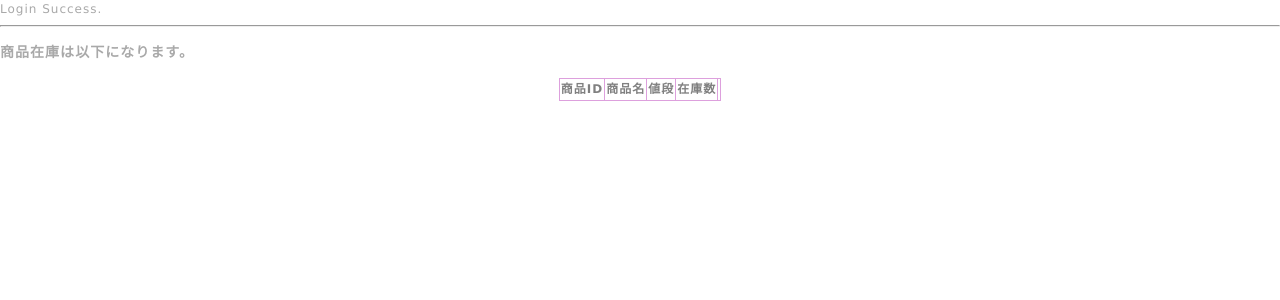
Repository: sachiyuki/java
Page: http://localhost/AdminLogin/adminpage.jsp
These files come from the project's save history. The page is drawn as it stood at one moment and after the next save; the edit follows.
The browser window is 1280 px wide. The pictures show the whole page.
The page is served by Tomcat 9.

Above is the page before, as saved 2018-03-05 10:33:23.

After the next save:
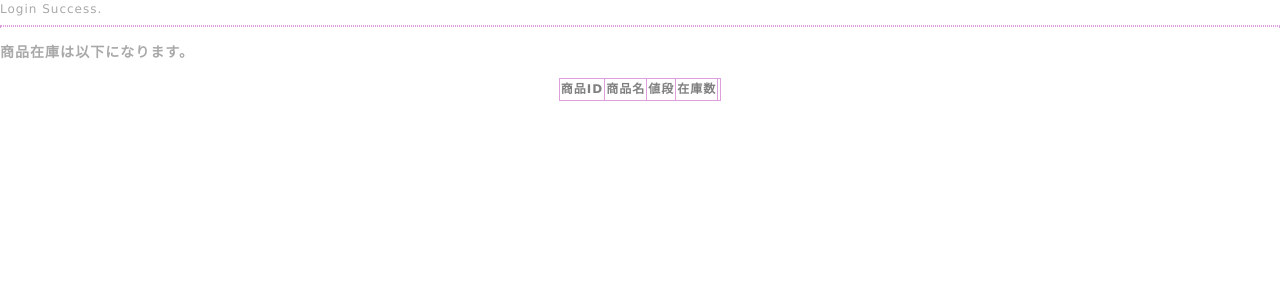
Saved 37 s later.
--- a/AdminLogin/WebContent/adminpage.jsp
+++ b/AdminLogin/WebContent/adminpage.jsp
@@ -30,6 +30,10 @@ table{
 form{
 	border: 0.5px thistle;
 	color:gray;
+}
+
+hr{
+ border:1px dotted plum;
 }
 
 </style>
